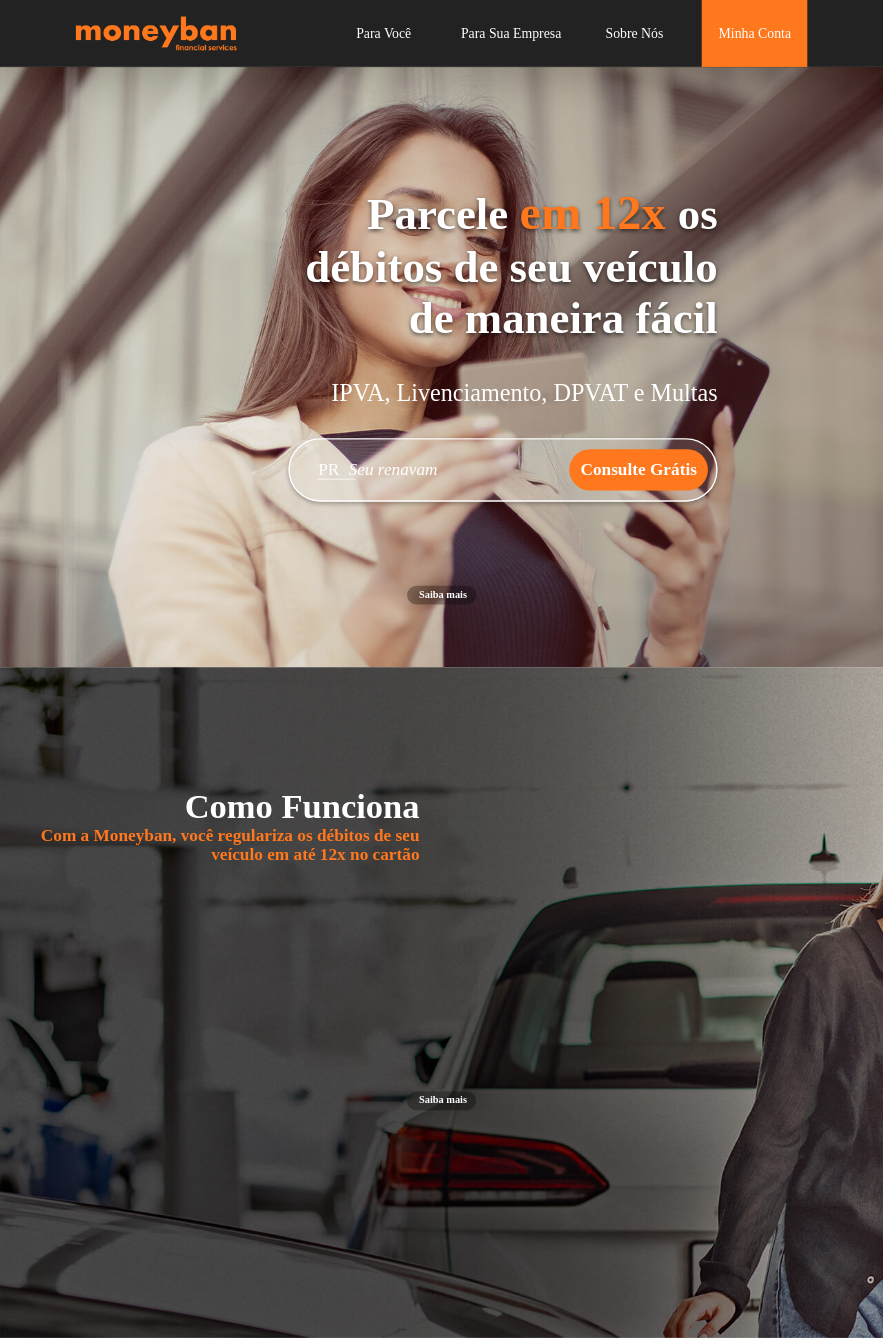
Repository: IvanCardoso91/moneyban
Page: index.html
An editor plug-in stored every save of this project. The page is shown before and after the next save, followed by the edit.
The browser window is 1280 px wide. The pictures show the whole page, at 69% of full size.
Some icons come from a web library that is not loaded, so they are not drawn. Some web fonts or font styles are not loaded; a fallback is used.

Above is the page before, as saved 2020-12-18 07:45:54.

After the next save:
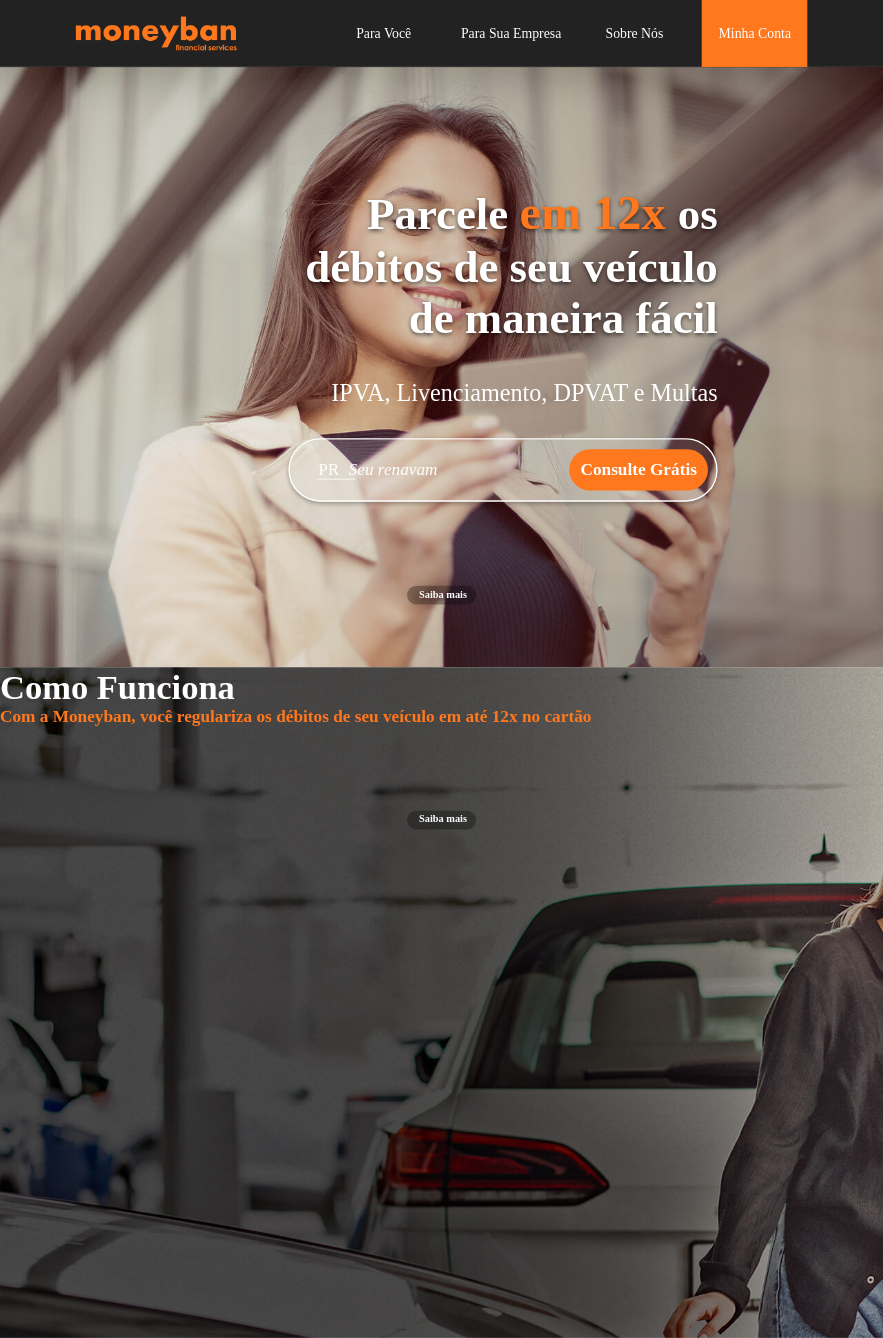
Saved 27 s later.
--- a/index.html
+++ b/index.html
@@ -67,7 +67,7 @@
         </div>
     </div>
     <div class="box-img2">
-        <div class="right-side-box">
+        <div class="left-side-box">
             <span class="left-side-text">Como Funciona</span>
             <br/>
             <span class="work-moneyban-text">Com a Moneyban, você regulariza os débitos de seu veículo em até 12x no cartão</span>
